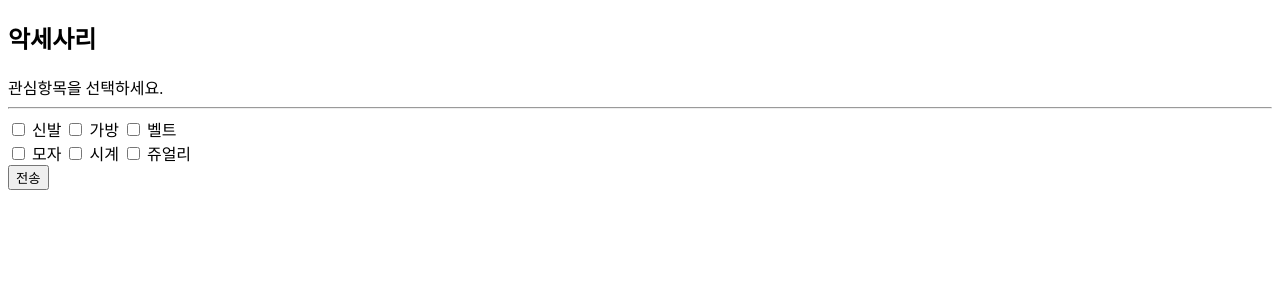
Repository: yjeongyjeong/jsp
Page: http://localhost/web-study-02/05_checkbox.jsp
These files come from the project's save history. The page is drawn as it stood at one moment and after the next save; the edit follows.
The browser window is 1280 px wide. The pictures show the whole page.
The page is served by Tomcat 9.

Above is the page before, as saved 2023-10-10 08:20:49.

After the next save:
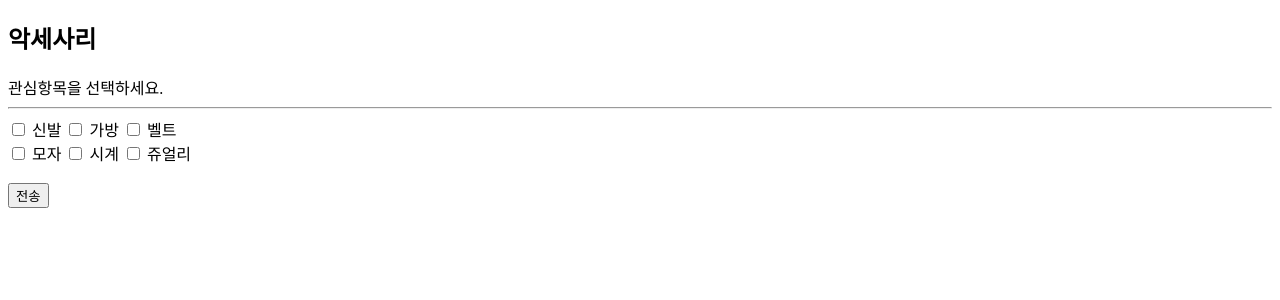
Saved 19 s later.
--- a/web-study-02/src/main/webapp/05_checkbox.jsp
+++ b/web-study-02/src/main/webapp/05_checkbox.jsp
@@ -16,7 +16,7 @@
 	<input type="checkbox" name="item" value="벨트"> 벨트<br>
 	<input type="checkbox" name="item" value="모자"> 모자
 	<input type="checkbox" name="item" value="시계"> 시계
-	<input type="checkbox" name="item" value="쥬얼리"> 쥬얼리<br>
+	<input type="checkbox" name="item" value="쥬얼리"> 쥬얼리<br><br>
 	<input type="submit" value="전송">
 
 </form>
